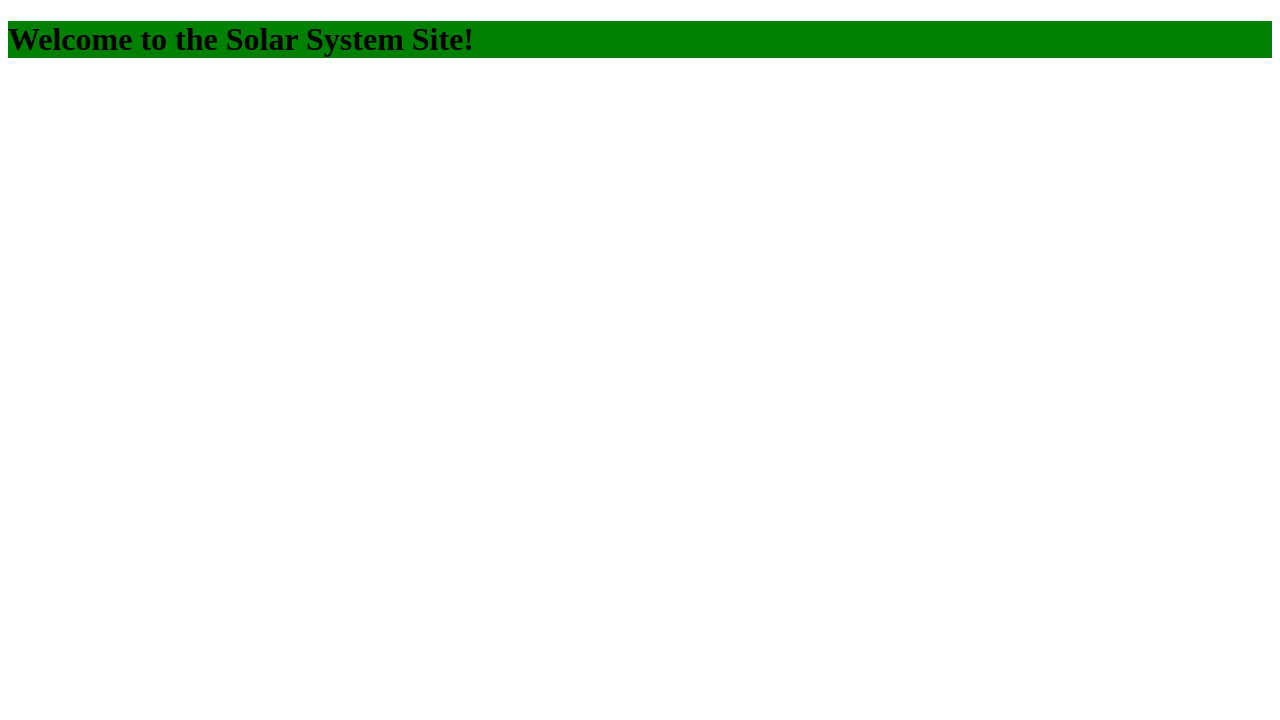
Repository: BenZhang97/BenZhang-CST336-Lab6
Page: http://localhost/
The author's editor kept a record of every edit. The page is drawn from the files as they stood at one moment, then again after the next edit.
The browser window is 1280 px wide. The pictures show the whole page.
The page is served by the project's Node server (app.js).

Above is the page before.

### views/index.html
<%- include('partials/header.ejs') %>

    <h1> Welcome to the Solar System Site!</h1>
    </body>
</html>

### views/partials/header.ejs
<!DOCTYPE html>
<html>
    <head>
        <title> The Solar System </title>
        <style>
            h1 {
                background-color: green;
            }

div {
  background-color: lightblue;
}

p {
  background-color: yellow;
}
</style>
    </head>
    <body>

### app.js
const express = require("express");
const app = express();
app.use(express.static('css'));
// app.use(bodyParser.urlencoded({extended: true}));
// app.set('view engine', 'ejs');
app.engine('html', require('ejs').renderFile);
app.use(express.static("public"));

//routes
app.get("/", function(req, res){
    res.render("index.html");
});

app.get("/mercury", function(req, res){
    res.render("mercury.html");
});

app.get("/venus", function(req, res){
    res.send("venus.html");
});

app.get("/earth", function(req, res) {
    res.render("earth.html");
});

/* The handler for undefined routes */
app.get("*", function(req, res){
   res.send("<h2 style='color: red;'> Sorry, Page not found !</h2>");
});

// //server listener
// app.listen(process.env.PORT, process.env.IP, function(){
//     console.log("Running Express Server...");
// });

/* Start the application server */
app.listen(process.env.PORT || process.env.IP, function(){
    console.log("Server has been started");
})

Loaded but not shown: views/partials/footer.ejs (common file)

After the next edit:
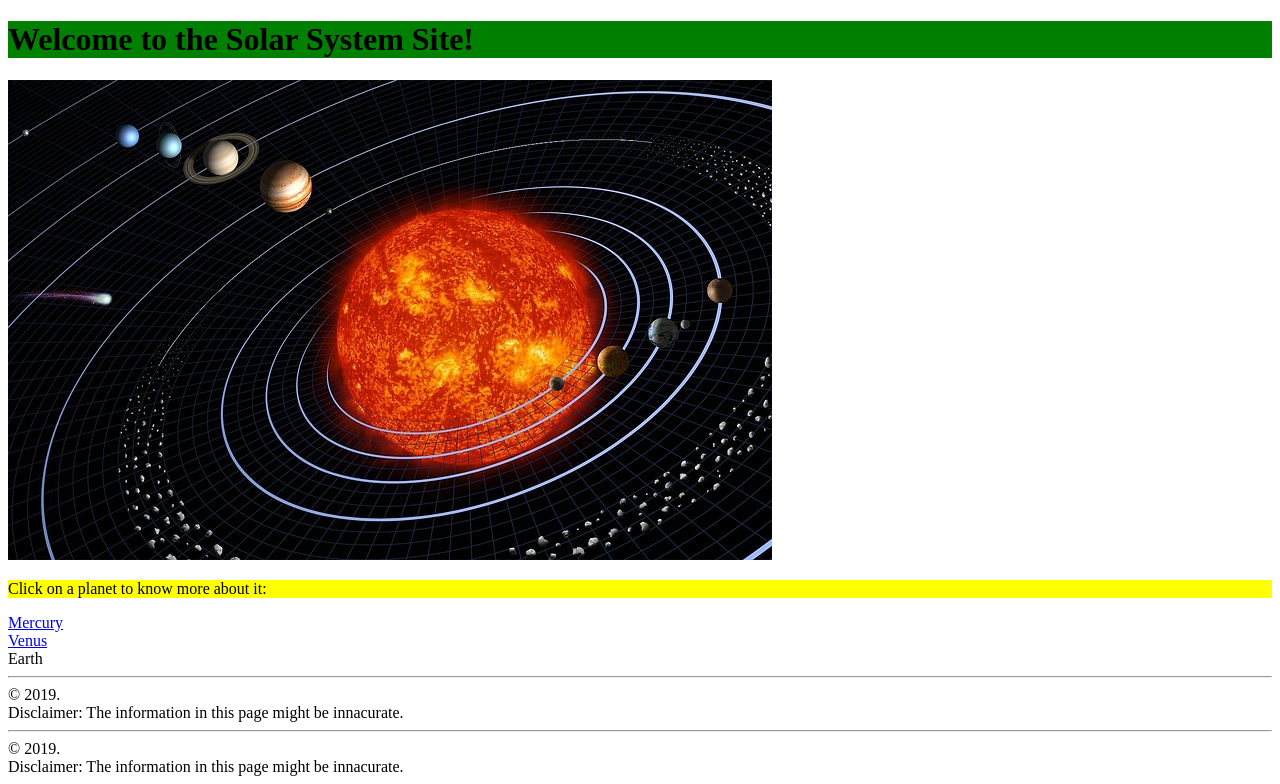
The edit:
--- a/views/index.html
+++ b/views/index.html
@@ -1,5 +1,12 @@
 <%- include('partials/header.ejs') %>
 
     <h1> Welcome to the Solar System Site!</h1>
-    </body>
-</html>
+    <img src="img/solar-system.jpg" id="solarSystem"alt="The Solar System"/>
+       <p>Click on a planet to know more about it:</p>
+           <a href="/mercury"> Mercury </a> <br>
+           <a href="/venus">   Venus   </a> <br>
+           Earth <br>
+       <hr>
+       &copy; 2019. <br/>
+       Disclaimer: The information in this page might be innacurate.
+<%- include('partials/footer.ejs') %>
